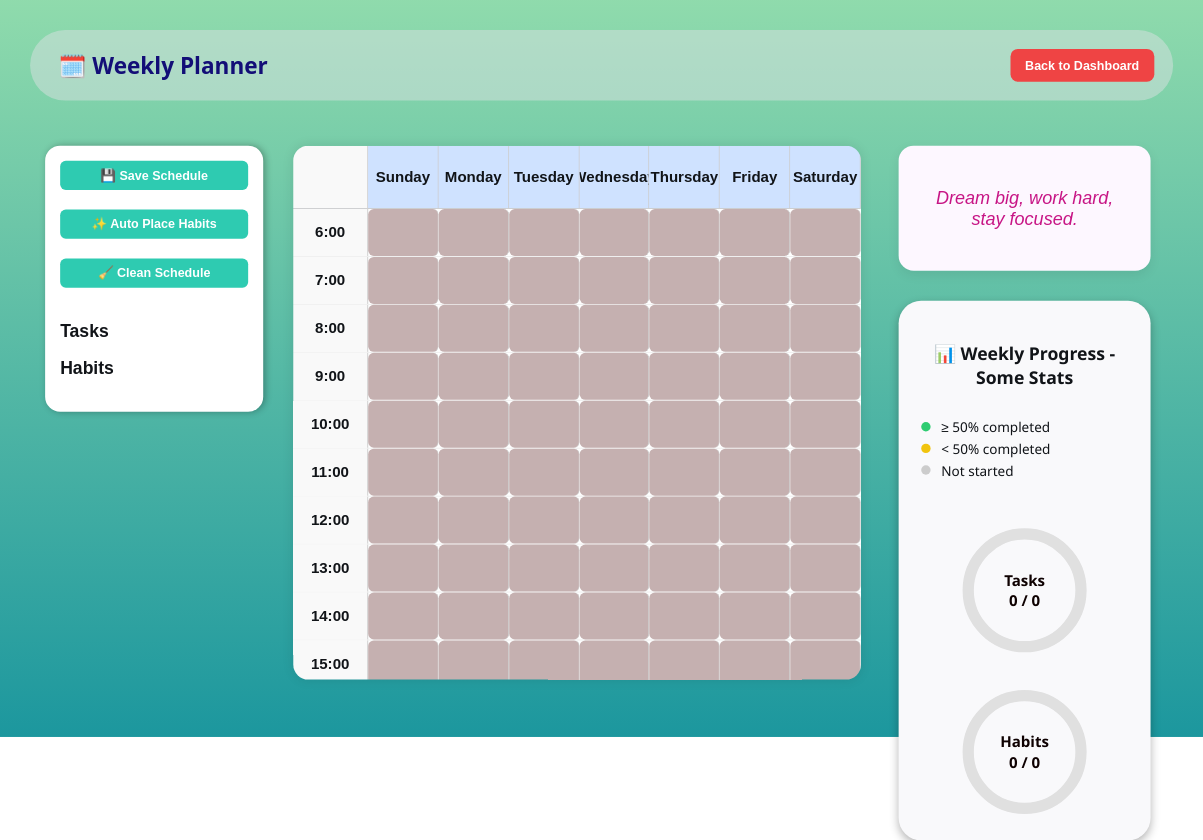
Repository: RachelB9913/smart-task-and-habit-tracker
Page: /schedule
An editor plug-in stored every save of this project. The page is shown before and after the next save, followed by the edit.
The browser window is 1280 px wide. The pictures show the whole page, at 94% of full size.
An inner scrolling area shows only its first screen. The project was rebuilt for these pictures with package versions that can differ from the ones it lists, and the page was loaded fresh each time. Also part of the build but not shown: src/components/PageWrapper.js, src/components/welcome.js, src/services/api.js, src/components/Login.js, src/components/Register.js, src/components/DashBoard.js.

Above is the page before, as saved 2025-06-29 19:21:43.

### src/App.js
import { BrowserRouter as Router, Routes, Route } from 'react-router-dom';
import Welcome from './components/welcome';
import Login from './components/Login';
import Register from './components/Register';
import Dashboard from './components/DashBoard';
import SchedulePlanner from './components/SchedulePlanner';


function App() {
  return (
    <Router>
      <Routes>
        <Route path="/" element={<Welcome />} />
        <Route path="/login" element={<Login />} />
        <Route path="/register" element={<Register />} />
        <Route path="/dashboard" element={<Dashboard />} />
        <Route path="/schedule" element={<SchedulePlanner />} />
      </Routes>
    </Router>
  );
}

export default App;

### src/App.css
html, body, #root {
  height: 100%;
  margin: 0;
  padding: 0;
  box-sizing: border-box;
}

form input {
  width: 100%;
  padding: 0.75rem;
  margin-bottom: 1rem;
  border: 1px solid #ddd;
  border-radius: 0.5rem;
  font-size: 1rem;
  transition: border-color 0.2s;
}

form input:focus {
  border-color: #6366f1; /* Indigo */
  outline: none;
}

form button,
.form-container button {
  width: 100%;
  padding: 0.75rem;
  font-size: 1rem;
  color: white;
  background-color: #6d6ed0; /* Indigo */
  border: none;
  border-radius: 0.5rem;
  cursor: pointer;
  transition: background-color 0.2s;
}

form button:hover,
.form-container button:hover {
  background-color: #4f46e5; /* Darker Indigo */
}

.form-container {
  max-width: 400px;
  margin: 100px auto;
  padding: 2rem;
  background-color: white;
  border-radius: 1rem;
  box-shadow: 0 8px 20px rgba(0, 0, 0, 0.1);
  text-align: center;
}

h2 {
  margin-bottom: 1.5rem;
  color: #130e77;
  font-size: 2rem;
  font-weight: 500;

}

.welcome-root {
  font-family: 'Manrope', 'Noto Sans', sans-serif;
  background: linear-gradient(to bottom, hsl(143, 51%, 71%), #1c979e);
  color: #111418;
  min-height: 100vh;
  display: flex;
  flex-direction: column;
}

.welcome-header {
  display: flex;
  justify-content: space-between;
  align-items: center;
  padding: 0rem 2rem;
  border-bottom: 1px solid #030f21;
  background-color: rgb(255, 255, 255);
}

.logo-area {
  display: flex;
  align-items: center;
  gap: 0.5rem;
}

.nav-links, .nav-actions {
  display: flex;
  gap: 1rem;
  align-items: center;
}

.nav-links a, .footer a {
  text-decoration: none;
  font-weight: 500;
  color: #111418;
}

.nav-actions button {
  padding: 0.5rem 1rem;
  border-radius: 8px;
  border: none;
  font-weight: bold;
  cursor: pointer;
}

/* top buttons */
.nav-actions button:first-child {
  background: #0c7ff2;
  color: white;
}

.nav-actions button:first-child:hover {
  background: #0361bf; /* new hover color */
  color: #e3e3e3;      /* optional: change text color on hover */
}

.nav-actions button:last-child {
  background: #f0f2f5;
  color: #111418;
}

.nav-actions button:last-child:hover {
  background: #b5b8bd; /* new hover color */
  color: #0c7ff2;      /* optional: change text color on hover */
}

.welcome-hero {
  background: transparent;
  padding: 3rem 2rem;
  text-align: center;
  color: rgb(1, 0, 9);
}

.welcome-hero h1 {
  font-size: 2.5rem;
  font-weight: 800;
}

.hero-actions {
  margin-top: 2rem;
  display: flex;
  justify-content: center;
  gap: 1rem;
}

.hero-actions button {
  padding: 0.75rem 1.5rem;
  font-weight: bold;
  border-radius: 8px;
  border: none;
  cursor: pointer;
}

/* center buttons */
.hero-actions button:first-child {
  background-color: #0c7ff2;
  color: white;
}

.hero-actions button:first-child:hover {
  background-color: #0c7ff2;
  color: white;
  border: #0d1101 1px solid;
}

.hero-actions button:last-child {
  background-color: #f0f2f5;
  color: #111418;
}

.hero-actions button:last-child:hover {
  background-color: #f0f2f5;
  color: #111418;
  border: #0d1101 1px solid;
}

.features {
  padding: 3rem 2rem;
  text-align: center;
}

.feature-cards {
  display: flex;
  gap: 1rem;
  flex-wrap: wrap;
  justify-content: center;
  margin-top: 2rem;
}

.feature-card {
  background: white;
  padding: 1.5rem;
  border-radius: 12px;
  border: 1px solid #052246;
  max-width: 300px;
  text-align: left;
  text-align: center;
  box-shadow: 0 4px 10px rgba(0, 0, 0, 0.5);

}

.footer {
  text-align: center;
  padding: 2rem;
  font-size: 1.1rem;
  color: #0d1101;
}

.register-background {
  background: linear-gradient(to left top, hsl(143, 51%, 71%), #1c979e);
  min-height: 100vh;
  display: flex;
  align-items: center;
  justify-content: center;
}

.login-background {
  background: linear-gradient(to right bottom, hsl(143, 51%, 71%), #1c979e);
  min-height: 100vh;
  display: flex;
  align-items: center;
  justify-content: center;
}

### src/components/Auth.css
.auth-container {
  max-width: 400px;
  margin: 60px auto;
  padding: 2rem;
  background-color: #f8f9fa;
  border-radius: 12px;
  box-shadow: 0 2px 10px rgba(0, 0, 0, 0.1);
}

.auth-form {
  display: flex;
  flex-direction: column;
  gap: 1rem;
}

.auth-form input {
  padding: 0.75rem;
  border-radius: 8px;
  border: 1px solid #ccc;
  font-size: 1rem;
}

.auth-form button {
  padding: 0.75rem;
  background-color: #007bff;
  color: white;
  border: none;
  border-radius: 8px;
  font-size: 1rem;
  cursor: pointer;
}

.auth-form button:hover {
  background-color: #0056b3;
}


.dashboard-header {
  display: flex;
  justify-content: flex-end;
  padding: 20px;
}

.dashboard-header button {
  padding: 10px 16px;
  background-color: #ef4444; /* red */
  color: white;
  border: none;
  border-radius: 8px;
  font-weight: bold;
  cursor: pointer;
}

.dashboard-header button:hover {
  background-color: #ad2626;
}

.button-group {
  display: flex;
  flex-direction: column;
  gap: 10px; /* Adjust the space between buttons */
}

### src/Dashboard.css
/* Dashboard.css */

.dashboard-container {
  font-family: 'Manrope', 'Noto Sans', sans-serif;
  min-height: 100vh;
  padding: 2rem;
  transition: background-color 0.3s ease;
  color: #111418;
}

.dashboard-container.light {
  background: linear-gradient(to bottom, hsl(143, 51%, 71%), #1c979e);
}

.dashboard-header {
  display: flex;
  justify-content: space-between;
  align-items: center;
  padding: 20px;
  background-color: rgba(218, 226, 226, 0.5);
  color: #031d3e;
  border-radius: 3rem;
  margin-bottom: 2rem;
}

.header-left {
  display: flex;
  align-items: center;
  justify-content: flex-start;
  flex: 1; /* allows the left side to take up space */
}

.header-left h2 {
  margin: 0;
  padding-left: 10px;
  font-weight: 700;
  font-size: 1.5rem;
}

.toggle-button,
.bg-toggle {
  padding: 0.6rem 1.2rem;
  font-weight: bold;
  border-radius: 8px;
  border: none;
  cursor: pointer;
  font-size: 1rem;
  background-color: #0c7ff2;
  color: white;
  transition: background-color 0.2s ease;
}

.toggle-button:hover,
.bg-toggle:hover {
  background-color: #035fd0;
}

.add-button {
  width: 30px;
  height: 30px;
  border-radius: 50%;
  font-size: 20px;
  background-color: hsl(211, 69%, 59%);
  color: white;
  border: none;
  cursor: pointer;
  transition: background-color 0.3s ease;
}

.add-button:hover {
  background-color: #0056b3;
}

.toggle-button {
  display: block;
  margin: 1rem auto;
}

.task-section,
.habit-section {
  background-color: white;
  color: #111418;
  max-width: 650px;
  margin: 1rem auto;
  padding: 1rem 1.5rem;
  border-radius: 1rem;
  box-shadow: 0 6px 12px rgba(120, 8, 226, 0.1);
}

.task-section ul,
.habit-section ul {
  list-style-type: none;
  padding: 0;
}

.task-section li,
.habit-section li {
  padding: 0.5rem 0;
  border-bottom: 1px solid #ddd;
}

.task-section li:last-child,
.habit-section li:last-child {
  border-bottom: none;
}

h1 {
  text-align: center;
  font-size: 2rem;
  margin-bottom: 2rem;
  color: #031d3e;
  font-weight: 1000;
}

.logout-button {
  background-color: #e74c3c;
  color: white;
  border: none;
  padding: 8px 12px;
  border-radius: 5px;
  cursor: pointer;
}

.logout-button:hover {
  background-color: #c0392b;
}

.form-popup-overlay {
  position: fixed;
  top: 0;
  left: 0;
  height: 100vh;
  width: 100vw;
  background: rgba(0, 0, 0, 0.3);
  display: flex;
  align-items: center;
  justify-content: center;
  z-index: 999;
}

.form-popup {
  background: white;
  padding: 2rem;
  border-radius: 1rem;
  box-shadow: 0 0 20px rgba(0,0,0,0.2);
  display: flex;
  flex-direction: column;
  gap: 1rem;
  width: 300px;
}

.task-item {
  padding: 0.5rem 0;
  border-bottom: 1px solid #ddd;
}

.task-content {
  display: flex;
  align-items: flex-start;
}

.task-content input[type="checkbox"] {
  margin-top: 0.7rem;
  margin-left: 0.9rem;
  transform: scale(1.2);
  cursor: pointer;
}

.task-details {
  flex: 1;
  padding: 0.5rem 0.75rem; /* ← Add this for internal spacing */
  border-radius: 0.5rem;
}

.task-done {
  opacity: 0.5;
  text-decoration: line-through;
}

.task-item {
  background-color: white;
  margin-bottom: 0.5rem;
  border-radius: 0.5rem;
  box-shadow: 0 1px 3px rgba(0,0,0,0.1);
  transition: transform 0.2s ease;
}

.task-actions {
  display: flex;
  flex-direction: column;
  gap: 0.3rem;
}

.edit-button, .delete-button {
  background: none;
  border: black;
  border-radius: 0.5rem;
  cursor: pointer;
  font-size: 1rem;
  transition: color 0.2s;
}

.edit-button:hover {
  color: #0a58ca;
}

.delete-button:hover {
  color: #dc3545;
}

.task-section li strong,
.habit-section li strong {
  font-weight: 700;
  font-size: 1rem;
  color: #031d3e;
}

.task-section li em,
.habit-section li em {
  font-style: italic;
  color: #555;
}

.task-section li,
.habit-section li {
  font-family: 'Manrope', 'Noto Sans', sans-serif;
  font-size: 0.95rem;
  font-weight: lighter;
}

### src/components/SchedulePlanner.css
.stats-wrapper {
  display: flex;
  flex-direction: column;
  gap: 1.5rem;
  align-items: center;
  padding: 1rem;
}

.quote-panel {
  background-color: #fdf7ff;
  color: mediumvioletred;
  padding: 1.5rem;
  border-radius: 16px;
  text-align: center;
  box-shadow: 0 4px 12px rgba(0, 0, 0, 0.08);
  font-size: 1.2rem;
  font-style: italic;
  display: flex;
  justify-content: center;
  align-items: center;
  min-height: 85px;
  width: 100%;
  max-width: 220px;
}

.quote-panel:hover {
  color: #1f16cd;
}

.stats-wrapper .stats-panel {
  width: 100%;
  max-width: 220px;
}

.planner-container {
  display: flex;
  height: calc(100vh - 120px);
  font-family: 'Manrope', sans-serif;
}

.task-sidebar {
  flex-shrink: 0;
  width: 200px;
  background: white;
  padding: 1rem;
  box-shadow: 2px 0 8px rgba(0,0,0,0.3);
  border-radius: 1rem;
  margin: 1rem;
  height: fit-content;
}

.task-item {
  background: hsl(210, 34%, 76%);
  color: #031d3e;
  margin: 0.5rem 0;
  padding: 0.6rem;
  border-radius: 10px;
  font-weight: 600;
  box-shadow: 0 2px 4px rgba(0,0,0,0.1);
}

:root {
  --cell-height: 50px;
}

/* .calendar-grid {
  height: calc(var(--row-count) * var(--cell-height));
} */

.calendar-grid {
  flex: 1;
  display: grid;
  flex-direction: column;
  overflow: auto;
  margin: 1rem;
  border-radius: 1rem;
  background: white;
  box-shadow: 0 0 12px rgba(0, 0, 0, 0.1);
  grid-template-rows: repeat(var(--row-count), 1fr);
}


.grid-header {
  /* display: flex;
  background: #cfe2ff;
  font-weight: bold;
  border-bottom: 1px solid #ccc; */
  display: grid;
  grid-template-columns: 80px repeat(7, 1fr); /* hour + 7 days */
  background: #cfe2ff;
  font-weight: bold;
  border-bottom: 1px solid #ccc;
}

.grid-body .row {
  /* display: flex;
  border-bottom: 1px solid #eee; */
  display: grid;
  grid-template-columns: 80px repeat(7, 1fr); /* same as above */
  border-bottom: 1px solid #eee;
}

.cell {
  padding: 0.5rem;
  border-right: 1px solid #ccc;
  overflow: hidden;
}

.hour-cell {
  display: flex;
  align-items: center;
  justify-content: center;
  background: #f9f9f9;
  font-weight: bold;
  border-right: 1px solid #ccc;
}

.time-slot {
  background-color: #c5b0b0;
  border-radius: 6px;
  height: 50px;
  display: flex;
  justify-content: center;
  align-items: center;
  padding: 0;
}

.time-slot:hover {
  background-color: #e7f5ff;
  cursor: pointer;
}

.day-cell {
  display: flex;
  align-items: center;
  justify-content: center;
  text-align: center;
  background: #cfe2ff;
  border-right: 1px solid #ccc;
  height: 50px;
  font-weight: 600;
}

.scheduled-task {
  background-color: #a8dadc;
  border: 1px solid #3dbd19;
  padding: 2px 6px;
  border-radius: 6px;
  font-weight: 500;
  font-size: 0.8rem;
  text-align: center;
  display: flexbox;
  justify-content: space-between;
  align-items: center;
  overflow: hidden;
  text-overflow: ellipsis;
}

.scheduled-task.habit-task {
  background-color: #a8dadc;
  border: 1px solid #7e2fbe;
  padding: 2px 5px;
  border-radius: 6px;
  font-weight: 500;
  font-size: 0.8rem;
  text-align: center;
  display: flexbox;
  justify-content: space-between;
  align-items: center;
  overflow: hidden;
  text-overflow: ellipsis;
}

.done-task {
  background-color: #90ee90 !important; /* light green for done tasks */
  border: 1px solid #3dbd19 !important;
}

.remove-btn {
  background: none;
  border: none;
  color: #d00000;
  font-size: 0.8rem;
  cursor: pointer;
  margin-left: 0rem;
  margin-right: 0.6rem;
}

.grayed-out {
  opacity: 0.5;
  pointer-events: none;
}

.save-button {
  margin-bottom: 1rem;
  padding: 0.5rem 1rem;
  background-color: #2ecbb1;
  color: white;
  border: none;
  border-radius: 6px;
  font-weight: bold;
  cursor: pointer;
  transition: background-color 0.2s ease;
}

.save-button:hover {
  background-color: #137969;
}

.save-button-container {
  display: flex;
  justify-content: center;
  margin-bottom: 1rem;
}

.mark-done-btn {
  background: none;
  border: none;
  color: green;
  font-size: 1rem;
  cursor: pointer;

}

.vertical-buttons {
  display: flex;
  flex-direction: column;
  gap: 5px;
}

.habit-icons {
  display: flex;
  gap: 4px;
}
.duplicate-btn {
  background: none;
  border: none;
  font-size: 1rem;
  cursor: pointer;
}

.modal-overlay {
  position: fixed;
  top: 0;
  left: 0;
  width: 100%;
  height: 100%;
  backdrop-filter: blur(6px);
  background-color: rgba(0, 0, 0, 0.3);
  display: flex;
  align-items: center;
  justify-content: center;
  z-index: 1000;
}

.modal-content {
  background-color: white;
  padding: 2rem;
  border-radius: 12px;
  box-shadow: 0 8px 24px rgba(0, 0, 0, 0.2);
  text-align: center;
  min-width: 300px;
  animation: fadeIn 0.3s ease;
  min-width: 60vw;
  max-width: 95vw;
  padding: 1rem;
}

@media (max-width: 600px) {
  .modal-content {
    min-width: 90vw;
    padding: 0.5rem;
  }
}

.modal-buttons {
  margin-top: 1rem;
  display: flex;
  justify-content: space-around;
  gap: 1rem;
}

.confirm-btn,
.cancel-btn {
  padding: 0.6rem 1.2rem;
  border-radius: 8px;
  border: none;
  cursor: pointer;
  font-weight: bold;
  transition: background-color 0.2s ease;
}

.confirm-btn {
  background-color: #4CAF50;
  color: white;
  font-weight: lighter;
}

.cancel-btn {
  background-color: #f44336;
  color: white;
  font-weight: lighter;
}

.confirm-btn:hover {
  background-color: #45a049;
}

.cancel-btn:hover {
  background-color: #d32f2f;
}

@keyframes fadeIn {
  from { opacity: 0; transform: scale(0.9); }
  to { opacity: 1; transform: scale(1); }
}

.stat-circle.full-gold {
  background-color: gold;
  border-radius: 50%;
  padding: 0.3rem;
}

@media (max-width: 900px) {
  .planner-container {
    flex-direction: column;
    height: auto;
  }
  .task-sidebar, .calendar-grid {
    max-width: 100%;
    margin: 0.5rem 0;
  }
  .stats-panel {
    width: 100%;
    max-width: 230px;
    min-width: 180px;
    box-sizing: border-box;
  }
}

### src/components/StatisticsPanel.css
.stat-label {
  position: absolute;
  top: 0;
  left: 0;
  width: 100%;
  height: 100%;
  display: flex;
  flex-direction: column;
  align-items: center;
  justify-content: center;
  font-weight: bold;
  font-size: 1rem;
  color: #0e0101;
}

.stats-panel {
  position: sticky;
  top: 1rem;
  align-self: flex-start;
  background: #f9f9fb;
  border-radius: 1.5rem;
  box-shadow: 0 4px 10px rgba(0, 0, 0, 0.3);
  font-family: 'Segoe UI', sans-serif;
  padding: 1.5rem;
  margin: 0.5rem;
  display: flex;
  flex-direction: column;
  gap: 2rem;
  max-width: 230px;
}

.stat-circle {
  position: relative;
  width: 140px;
  height: 140px;
  margin: 0 auto;
}

.stat-circle svg {
  transform: rotate(-90deg);
  width: 100%;
  height: 100%;
}

.stat-bg,
.stat-fill {
  fill: none;
  stroke-width: 12;
  stroke-linecap: round;
}

.stat-bg {
  stroke: #e0e0e0;
}

.stat-fill {
  fill: none;
  stroke-width: 12;
  stroke-linecap: round;
  transition: stroke-dashoffset 0.5s ease;
}

.stat-label {
  position: absolute;
  top: 50%;
  left: 50%;
  transform: translate(-50%, -50%);
  text-align: center;
}

.stat-label strong {
  display: block;
  font-size: 1.1rem;
  color: #333;
}

.progress-ring circle {
  transition: stroke-dashoffset 0.6s ease-out;
}

.stats-circle {
  position: relative;
  cursor: help;
}
.stats-circle:hover::after {
  content: attr(data-tooltip);
  position: absolute;
  top: -1.5rem;
  left: 50%;
  transform: translateX(-50%);
  background: #444;
  color: #fff;
  padding: 0.3em 0.5em;
  border-radius: 4px;
  font-size: 0.8rem;
  white-space: nowrap;
  z-index: 10;
}

.legend {
  display: flex;
  flex-direction: column;
  gap: 4px;
  margin-top: -1rem;
  margin-bottom: 1rem;
  align-items: flex-start;
}

.legend-item {
  display: flex;
  align-items: center;
  gap: 0.4rem;
  font-size: 0.9rem;
}

.dot {
  display: inline-block;
  width: 10px;
  height: 10px;
  margin-right: 5px;
  border-radius: 50%;
}
.green { background: #2ecc71; }
.yellow { background: #f1c40f; }
.gray { background: #ccc; }

.celebration-message {
  margin-top: 0rem;
  font-weight: bold;
  font-size: 1.1rem;
  color: #27ae60;
  text-align: center;
  animation: pop 0.6s ease;
}

@keyframes pop {
  0% { transform: scale(0.8); opacity: 0; }
  50% { transform: scale(1.1); opacity: 1; }
  100% { transform: scale(1); }
}

Loaded but not shown: public/index.html (common file); src/index.js (common file); src/index.css (common file); src/reportWebVitals.js (common file); src/components/SchedulePlanner.js (687 lines, source omitted); src/components/StatisticsPanel.js (169 lines, source omitted)

After the next save:
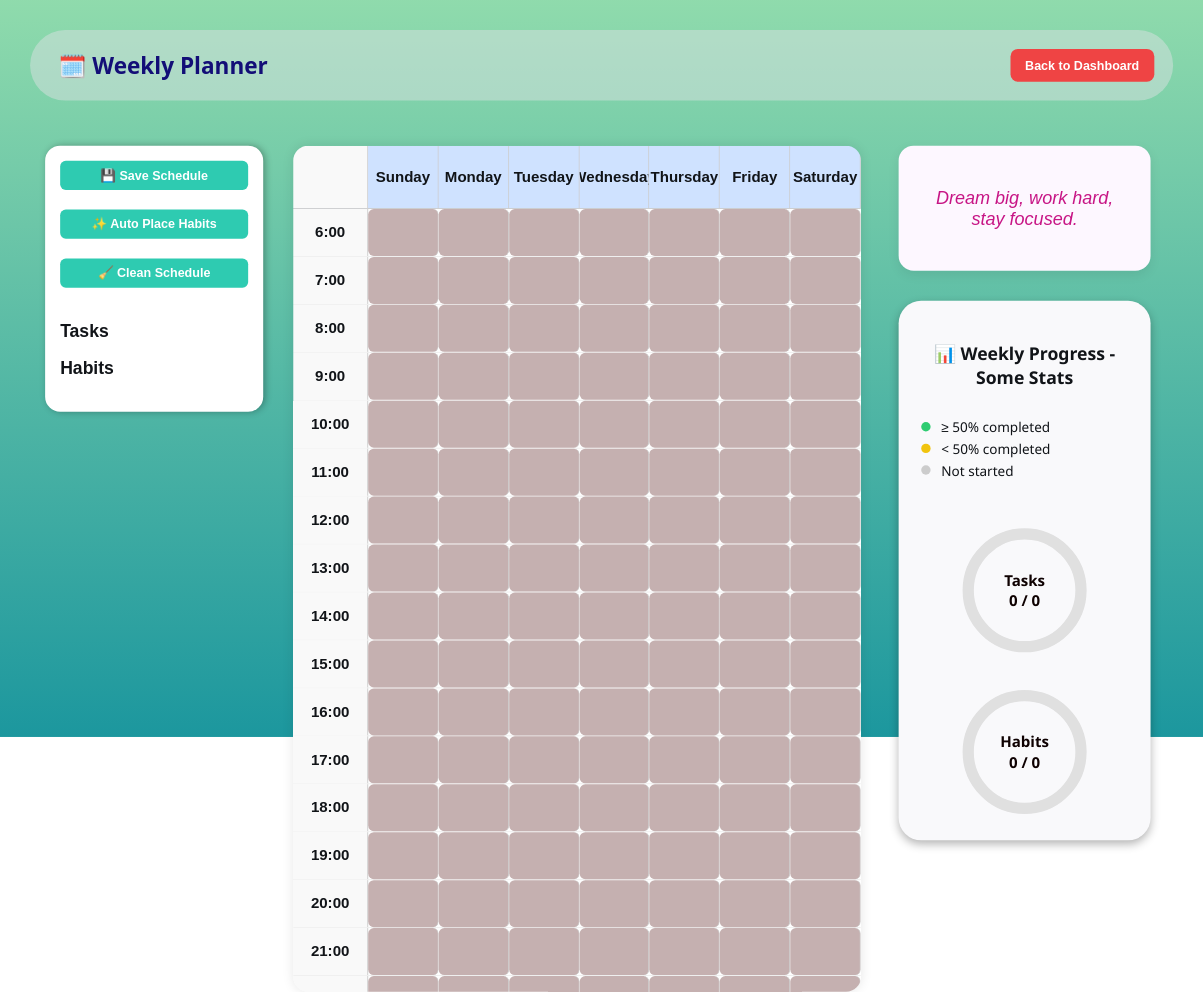
Saved 35 s later.
--- a/src/components/SchedulePlanner.css
+++ b/src/components/SchedulePlanner.css
@@ -63,9 +63,9 @@
   --cell-height: 50px;
 }
 
-/* .calendar-grid {
+.calendar-grid {
   height: calc(var(--row-count) * var(--cell-height));
-} */
+}
 
 .calendar-grid {
   flex: 1;

After the save that followed:
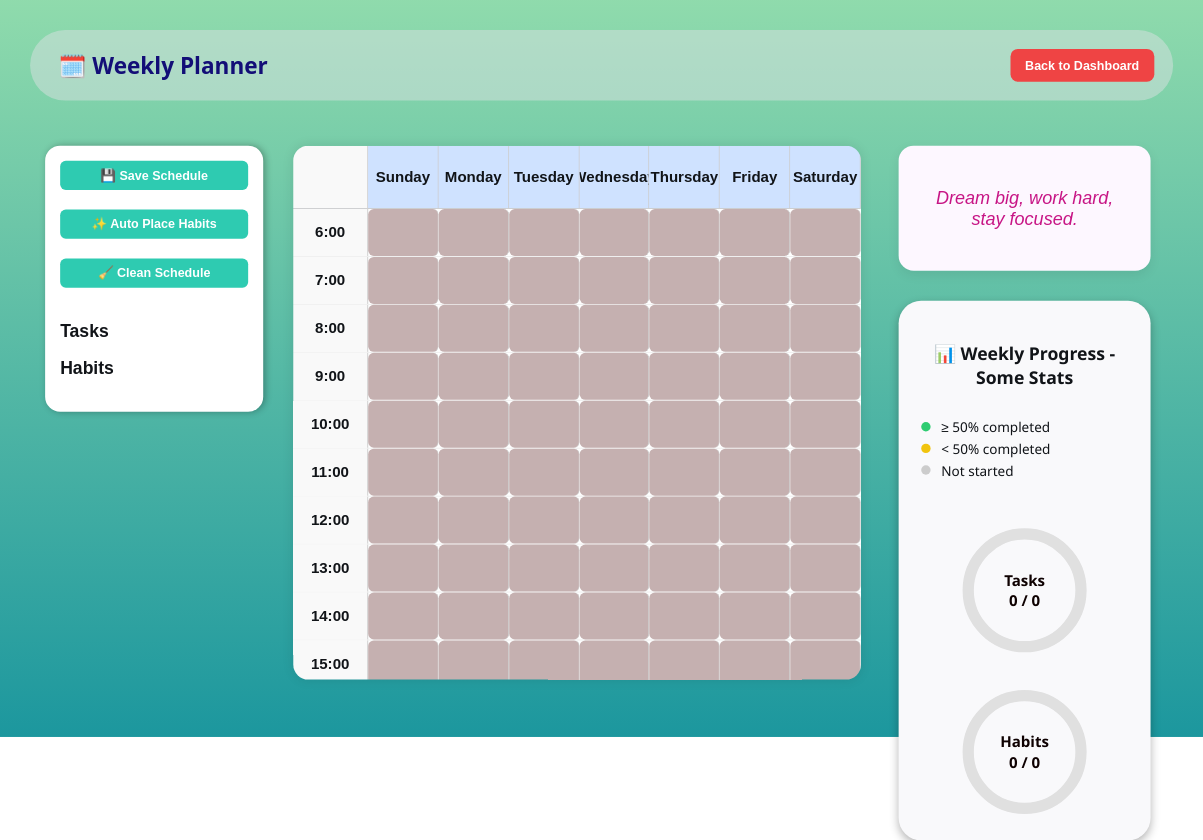
Saved 26 s later.
--- a/src/components/SchedulePlanner.css
+++ b/src/components/SchedulePlanner.css
@@ -64,7 +64,7 @@
 }
 
 .calendar-grid {
-  height: calc(var(--row-count) * var(--cell-height));
+  height: calc(var(--row-count+1) * var(--cell-height));
 }
 
 .calendar-grid {
